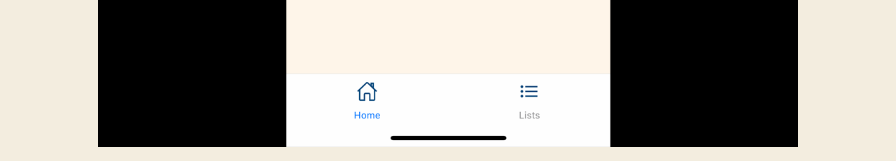
Repository: David-Waite/simpleespellwebsite
Page: /
The author's editor kept a copy of each file at every save. The page is drawn from the files as they stood at one save, then again after the next save.
The browser window is 1280 px wide. The pictures show the part of the page from y = 1153 to 3073 px (the page is 1383 px tall before and 9765 px after), at 70% of full size.
The project was rebuilt for these pictures with package versions that can differ from the ones it lists, and the page was loaded fresh each time.

Above is the page before, as saved 2023-07-27 19:20:45.

After the next save:
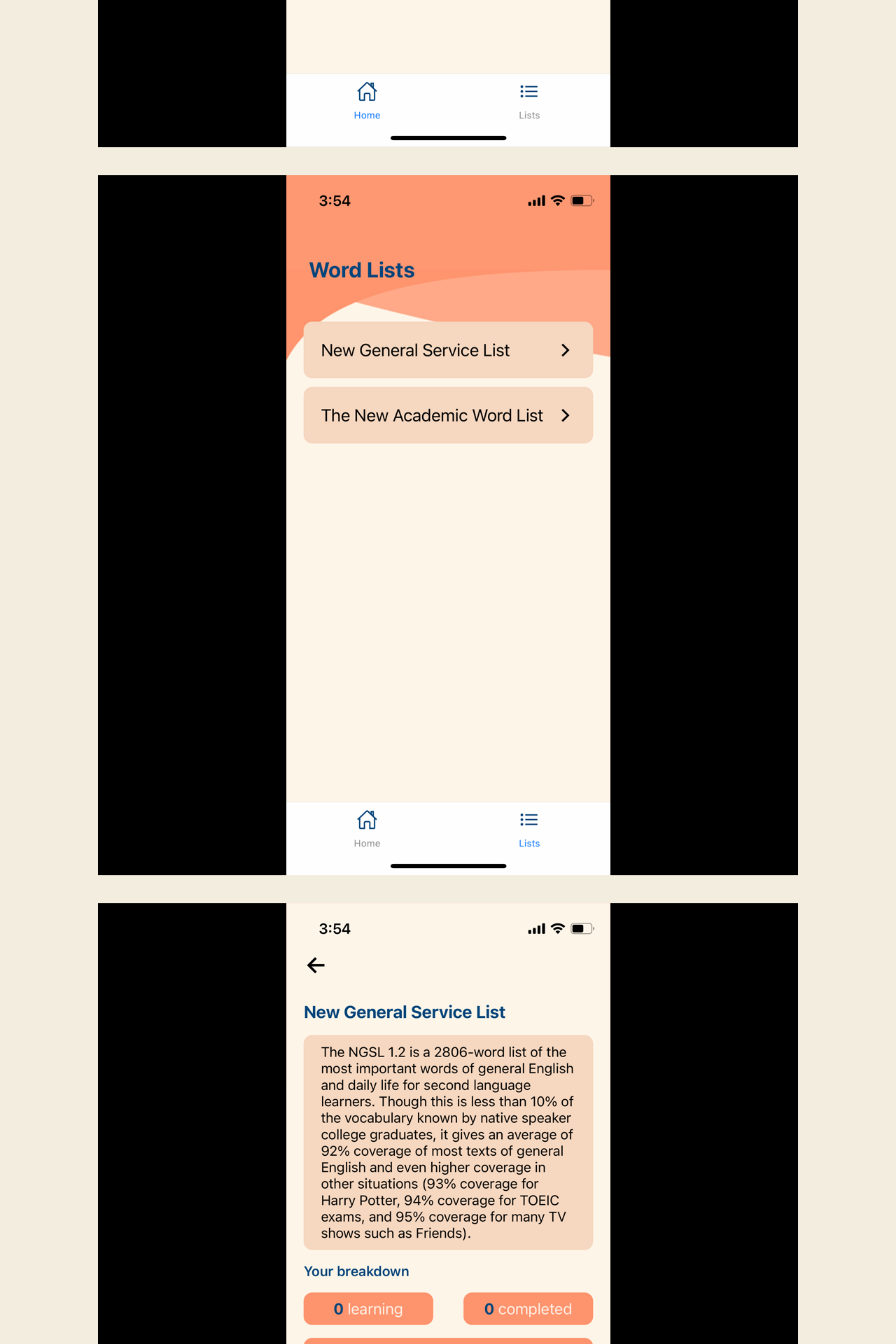
Saved 29 s later.
--- a/src/App.js
+++ b/src/App.js
@@ -40,6 +40,15 @@ export default function App() {
         </p>
       </div>
       <img src={images[0]} alt="image" />
+      <img src={images[1]} alt="image" />
+      <img src={images[2]} alt="image" />
+      <img src={images[3]} alt="image" />
+      <img src={images[4]} alt="image" />
+      <img src={images[5]} alt="image" />
+      <img src={images[6]} alt="image" />
+      <img src={images[7]} alt="image" />
+      <img src={images[8]} alt="image" />
+      <img src={images[9]} alt="image" />
     </div>
   );
 }
